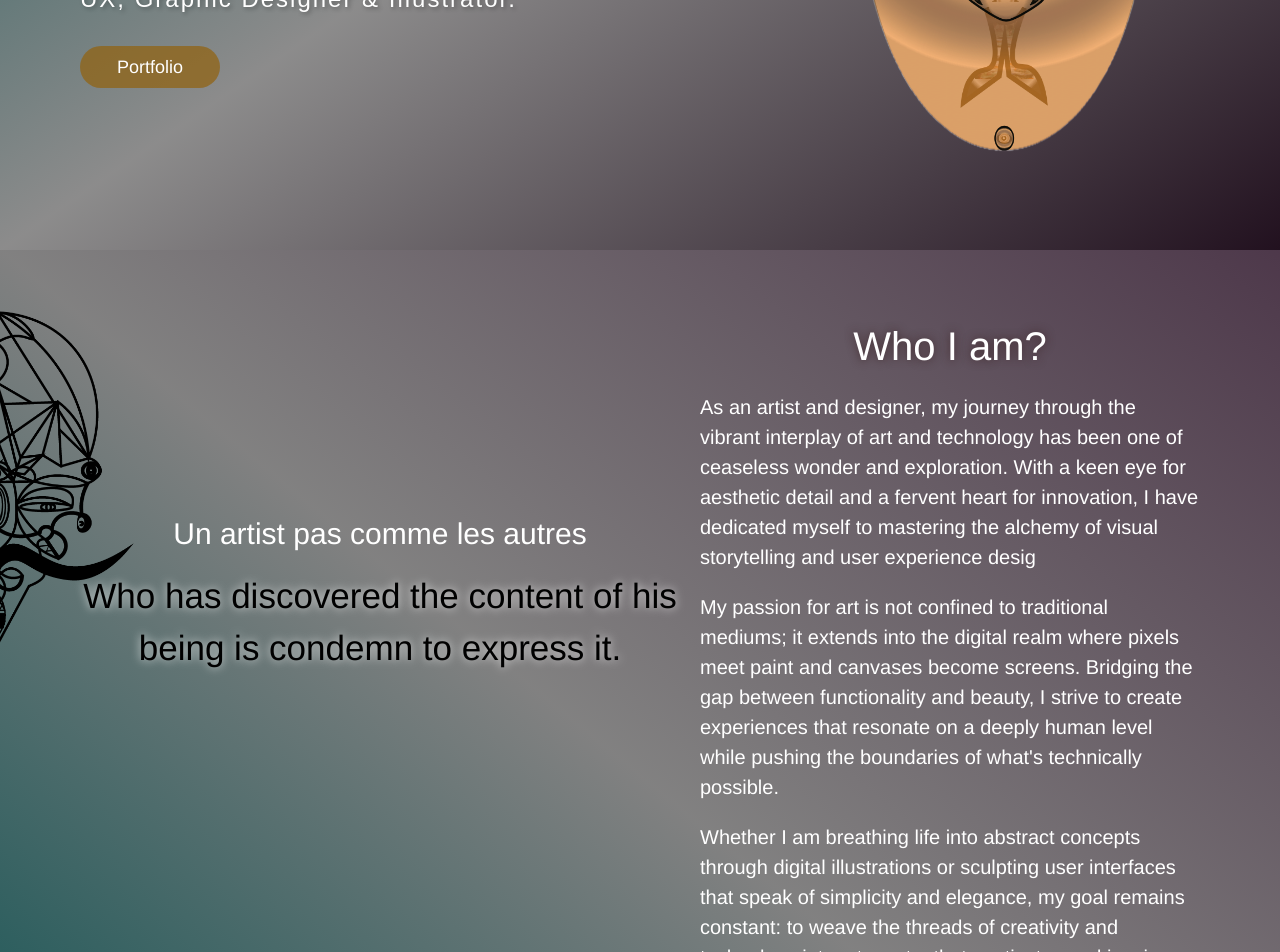
Repository: al-XLeMEsTRE/al-XLeMEsTRE
Page: index.html
The author's editor kept a copy of each file at every save. The page is drawn from the files as they stood at one save, then again after the next save.
The browser window is 1280 px wide. The pictures show the part of the page from y = 630 to 1582 px (the page is 5690 px tall before and 5800 px after).
A picture or video elsewhere on the page could not be fetched, so the positions and the page height are approximate.

Above is the page before, as saved 2023-11-23 19:14:27.

After the next save:
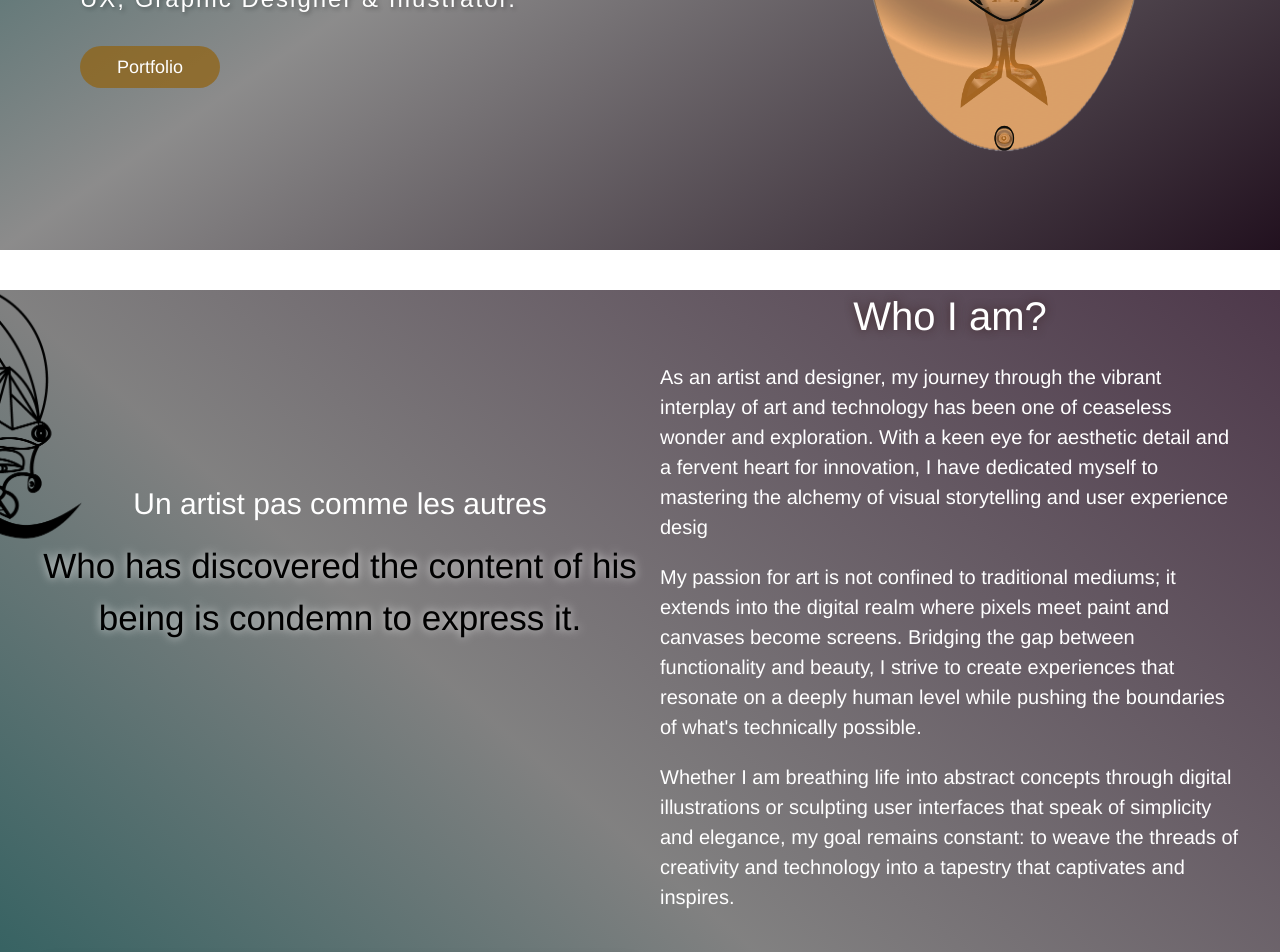
Saved 2 min 8 s later.
--- a/style/styles.css
+++ b/style/styles.css
@@ -193,10 +193,12 @@
     rgba(31, 30, 30, 0.562),
     rgba(30, 3, 26, 0.787)
   );
+
+  padding: 0 40px 140px;
   height: 100vh;
   min-height: 980px;
   max-height: 1100px;
-  padding: 30px 80px 40px;
+
 }
 
 
